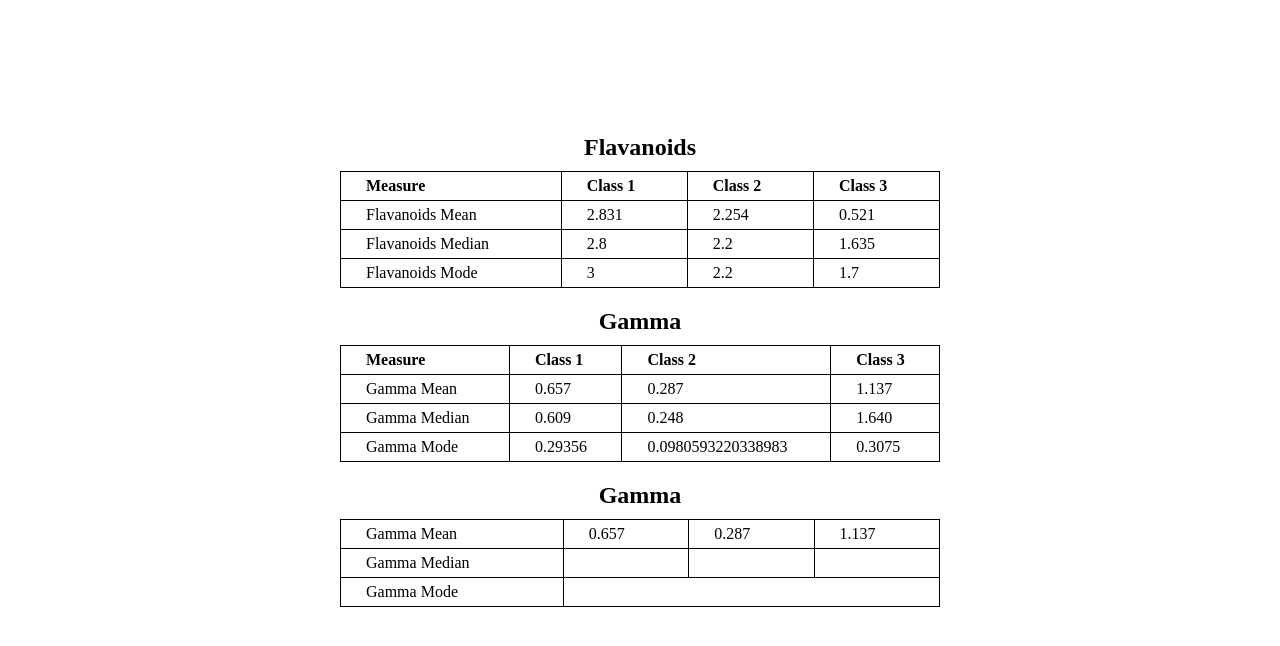
Repository: Rahul6395/WineAlcohol-Calculate
Page: /
These files come from the project's save history. The page is drawn as it stood at one moment and after the next save; the edit follows.
The browser window is 1280 px wide. The pictures show the whole page.
The project was rebuilt for these pictures with package versions that can differ from the ones it lists, and the page was loaded fresh each time.

Above is the page before, as saved 2023-05-27 11:16:22.

### src/App.js

import Flavonoid from "./component/Flavonoid";
import GammaTable from "./component/GammaTable";
import "./App.css"
import Gamma from "./component/Gamma"

function App() {
  return (
    <div className="App">
     {/* <Tables/> */}
     <Flavonoid/>
     <GammaTable/>
     <Gamma/>
    </div>
  );
}

export default App;

### src/component/Flavonoid.js
import React,{useState,useEffect} from 'react';
import data from "../json/data.json"
// import "./css/style.css"


function Flavonoid() {

const [value ,setValue] = useState([])

useEffect(()=>{
    for(let i=0;i<data.length;i++){
        setValue(value=>[...value,data[i].Alcohol])
    }
},[])
//Get All Alcohol
const alcohol = new Set(value);
console.log("Alcohol",[...alcohol])

  const classNames = [...alcohol]; // Replace with your actual class names

//Mean Rahul
function mean(data,classN){
  let dataFilter=data.filter((data)=>data.Alcohol === classN)
  let reduce = dataFilter.reduce((a,b)=>a+b.Flavanoids,0)
  console.log("reduce",reduce)
  return parseInt(reduce)/dataFilter.length
}


 classNames.map((classN)=>{
 console.log("mean(data,classN)",mean(data,classN))
} )










  //Mean
  function calculateMean(data, className) {
    const filteredData = data.filter(item => item.Alcohol === className);
    const sum = filteredData.reduce((acc, item) => acc + item.Flavanoids, 0);
    return parseInt(sum) / filteredData.length;
  }

//   Median
  function calculateMedian(data, className) {
    const filteredData = data.filter(item => item.Alcohol === className);
    const sortedData = filteredData.sort((a, b) => a.Flavanoids - b.Flavanoids);
    const midIndex = Math.floor(sortedData.length / 2);
    if (sortedData.length % 2 === 0) {
      return (sortedData[midIndex - 1]?.Flavanoids + sortedData[midIndex]?.Flavanoids) / 2;
    } else {
      return sortedData[midIndex].Flavanoids;
    }
  }

//   Mode
  function calculateMode(data, className) {
    const filteredData = data.filter(item => item.Alcohol === className);
    const counts = {};
    filteredData.forEach(item => {
      counts[item.Flavanoids] = counts[item.Flavanoids] ? counts[item.Flavanoids] + 1 : 1;
    });
    let mode;
    let maxCount = 0;
    for (const value in counts) {
      if (counts[value] > maxCount) {
        mode = value;
        maxCount = counts[value];
      }
    }
    return mode;
  }

  return (
    <> <h2 className='heading'>Flavanoids</h2>
    <table>
      <thead>
        <tr>
          <th>Measure</th>
          {classNames.map(className => <th key={className}>Class {className}</th>)}
        </tr>
      </thead>
      <tbody>
        <tr>
          <td>Flavanoids Mean</td>
          {classNames.map(className => <td key={className}>{calculateMean(data, className).toFixed(3)}</td>)}
        </tr>
        <tr>
          <td>Flavanoids Median</td>
          {classNames.map(className => <td key={className}>{calculateMedian(data, className)}</td>)}
        </tr>
        <tr>
          <td>Flavanoids Mode</td>
          {classNames.map(className => <td key={className}>{calculateMode(data, className)}</td>)}
        </tr>
      </tbody>
    </table>
    </>
  );
}

export default Flavonoid;

### src/component/GammaTable.js
import React from 'react';
import data from "../json/data.json"

const GammaTable = () => {

  // Function to calculate class-wise mean, median, and mode of Gamma
  const calculateGammaStats = () => {
    // Calculate Gamma for each point and group by class
    const gammaByClass = {};
    console.log("gammaStats",gammaByClass)
    data.forEach((point) => {
      const { Alcohol, Ash, Hue, Magnesium } = point;
      const gamma = (Ash * Hue) / Magnesium;

      if (gammaByClass[Alcohol]) {
        gammaByClass[Alcohol].push(gamma);
      } else {
        gammaByClass[Alcohol] = [gamma];
      }
    });

    // Calculate mean, median, and mode for each class
    const statsByClass = Object.entries(gammaByClass).map(([className, gammaValues]) => {
      // Mean
        // console.log("calculateMeangammaValues",gammaValues)
      const mean = gammaValues.reduce((sum, value) => sum + value, 0) / gammaValues.length;
      // Median
      let sortData = gammaValues.sort((a, b) => a - b);
      const median = sortData.length % 2 === 0 ? sortData[Math.floor((sortData.length / 2 )-1)] +  sortData[Math.floor(sortData.length / 2)] / 2 : sortData[Math.floor(sortData.length / 2)]

      // Mode
  //    let modify;
  //  let maxCount = 0;
  //  const counts = {};
  // const mode = gammaValues.sort((a, b) =>
  //       gammaValues.filter((v) => v === a)
  //     ).forEach(item => {
  //       counts[item] = counts[item] ? counts[item] + 1 : 1;
  //     });
  //     for (const value in counts) {
  //       if (counts[value] > maxCount) {
  //         modify = value;
  //         maxCount = counts[value];
  //       }
  //     }
  //     return modify;




      const mode = gammaValues.sort((a, b) =>
        gammaValues.filter((v) => v === a).length - gammaValues.filter((v) => v === b).length
      )[0];

      return {
        className,
        mean: mean.toFixed(3),
        median: median.toFixed(3),
        mode: mode,
      };
    });

    return statsByClass;
  };

  const gammaStats = calculateGammaStats();

  return (
    <div>
    <h2 className='heading'>Gamma</h2>
    <table>
      <thead>
        <tr>
          <th>Measure</th>
          {gammaStats.map((stat) => (
            <th key={stat.className}>Class {stat.className}</th>
          ))}
        </tr>
      </thead>
      <tbody>
        <tr>
          <td>Gamma Mean</td>
          {gammaStats.map((stat) => (
            <td key={stat.className}>{stat.mean}</td>
          ))}
        </tr>
        <tr>
          <td>Gamma Median</td>
          {gammaStats.map((stat) => (
            <td key={stat.className}>{console.log("stat.median",stat.median)}{stat.median}</td>
          ))}
        </tr>
        <tr>
          <td>Gamma Mode</td>
          {gammaStats.map((stat) => (
            <td key={stat.className}>{stat.mode}</td>
          ))}
        </tr>
      </tbody>
    </table>
    </div>
  );
}


export default GammaTable;

### src/component/Gamma.js
import React from 'react';
import data from "../json/data.json"

const GammaTable = () => {
    const gammaByClass = {};
    console.log("gammaStats",gammaByClass)
    data.forEach((point) => {
      const { Alcohol, Ash, Hue, Magnesium } = point;
      const gamma = (Ash * Hue) / Magnesium;

      if (gammaByClass[Alcohol]) {
        gammaByClass[Alcohol].push(gamma);
      } else {
        gammaByClass[Alcohol] = [gamma];
      }
    });

    function calculateMean( className,data) {
        // const filteredData = data.filter(item => item.Alcohol === className);
      //  console.log("data",data)
        const sum = data.reduce((acc, item) => acc + item, 0) / data.length;
      //  console.log("calculateMean",sum)
        return sum;
      }

    //   Median
      function calculateMedian( className,data,) {
        // const filteredData = data.filter(item => item.Alcohol === className);
        const sortedData = data.sort((a, b) => a - b);
        const midIndex = Math.floor(sortedData.length / 2);
        if (sortedData.length % 2 === 0) {
          return console.log("if",(sortedData[midIndex - 1]+ sortedData[midIndex]) / 2);
        } else {
          return console.log("else",sortedData[midIndex]);
        }
      }

    //   Mode
      function calculateMode(data, className) {
        const filteredData = data.filter(item => item.Alcohol === className);
        const counts = {};
        filteredData.forEach(item => {
          counts[item.Flavanoids] = counts[item.Flavanoids] ? counts[item.Flavanoids] + 1 : 1;
        });
        let mode;
        let maxCount = 0;
        for (const value in counts) {
          if (counts[value] > maxCount) {
            mode = value;
            maxCount = counts[value];
          }
        }
        return mode;
      }
      let red = [] ;
      let green = [] ;
    //   const statsByClass = Object.entries(gammaByClass).map(([className, gammaValues]) => {
    //     red.push(className);
    //     green.push(gammaValues)
    //     console.log(className,"calculateMeangammaValues",gammaValues,)
    // })
 //console.log("statsByClass ",green )
// console.log("gammaByClassstatsByClass ",gammaByClass )

  return (
    <div>
    <h2 className='heading'>Gamma</h2>
    <table>
      <thead>
        {/* <tr>
          <th>Measure</th>
          {gammaByClass.map((className, gammaValues) => (
            <th key={stat}>Class {stat.className}</th>
          ))}
        </tr> */}
      </thead>
      <tbody>
        <tr>
          <td>Gamma Mean</td>
          {/* {red.map((className) => (
            <td>{calculateMean(green, className).toFixed(3)}</td>
          ))} */}
        {
          Object.entries(gammaByClass).map(([className, gammaValues])=>(
            <td>{calculateMean( className,gammaValues).toFixed(3)}</td>
          ))
        }
        </tr>
        <tr>
          <td>Gamma Median</td>
          {
          Object.entries(gammaByClass).map(([className, gammaValues])=>(
            <td>{calculateMedian( className,gammaValues)}</td>
          ))
        }
        </tr>
        <tr>
          <td>Gamma Mode</td>
          {red.map((className) => (
            <td >{calculateMode(green, className)}</td>
          ))}
        </tr>
      </tbody>
    </table>
    </div>
  );
}


export default GammaTable;

Loaded but not shown: public/index.html (common file); src/index.js (common file); src/App.css (common file); src/json/data.json (2673 lines, source omitted)

After the next save:
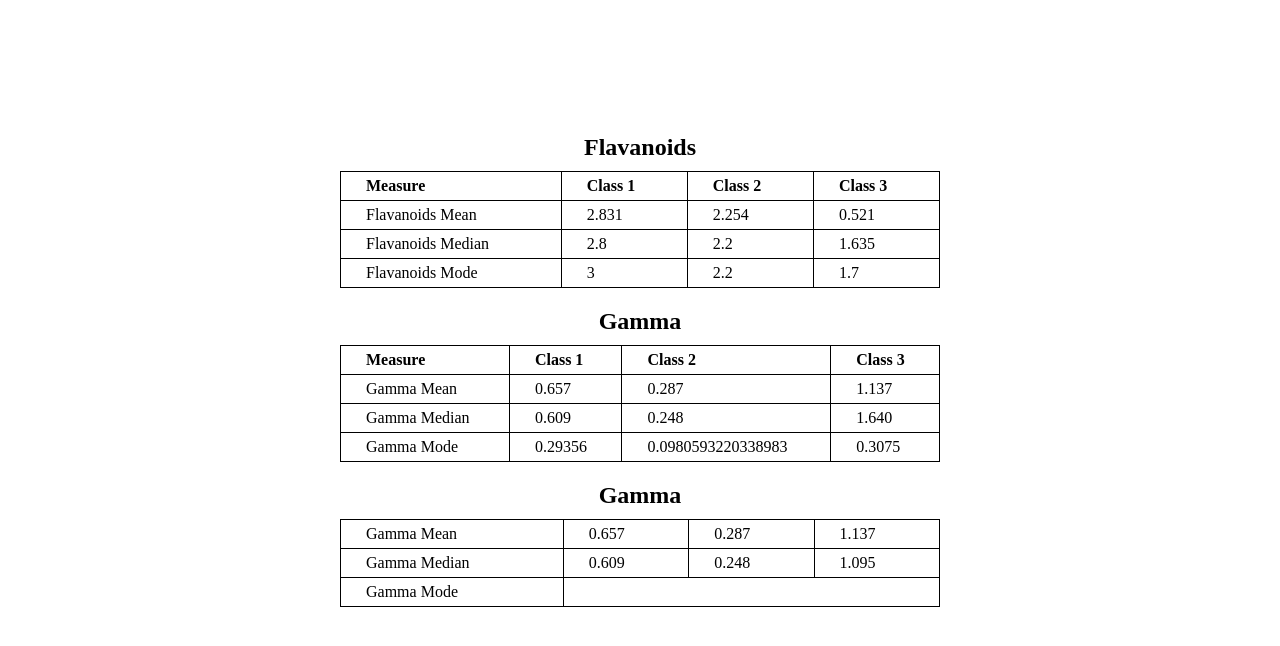
Saved 86 s later.
--- a/src/component/Gamma.js
+++ b/src/component/Gamma.js
@@ -29,9 +29,9 @@ const GammaTable = () => {
         const sortedData = data.sort((a, b) => a - b);
         const midIndex = Math.floor(sortedData.length / 2);
         if (sortedData.length % 2 === 0) {
-          return console.log("if",(sortedData[midIndex - 1]+ sortedData[midIndex]) / 2);
+          return (sortedData[midIndex - 1]+ sortedData[midIndex]) / 2;
         } else {
-          return console.log("else",sortedData[midIndex]);
+          return sortedData[midIndex];
         }
       }
 
@@ -90,7 +90,7 @@ const GammaTable = () => {
           <td>Gamma Median</td>
           {
           Object.entries(gammaByClass).map(([className, gammaValues])=>(
-            <td>{calculateMedian( className,gammaValues)}</td>
+            <td>{calculateMedian( className,gammaValues).toFixed(3)}</td>
           ))
         }
         </tr>
